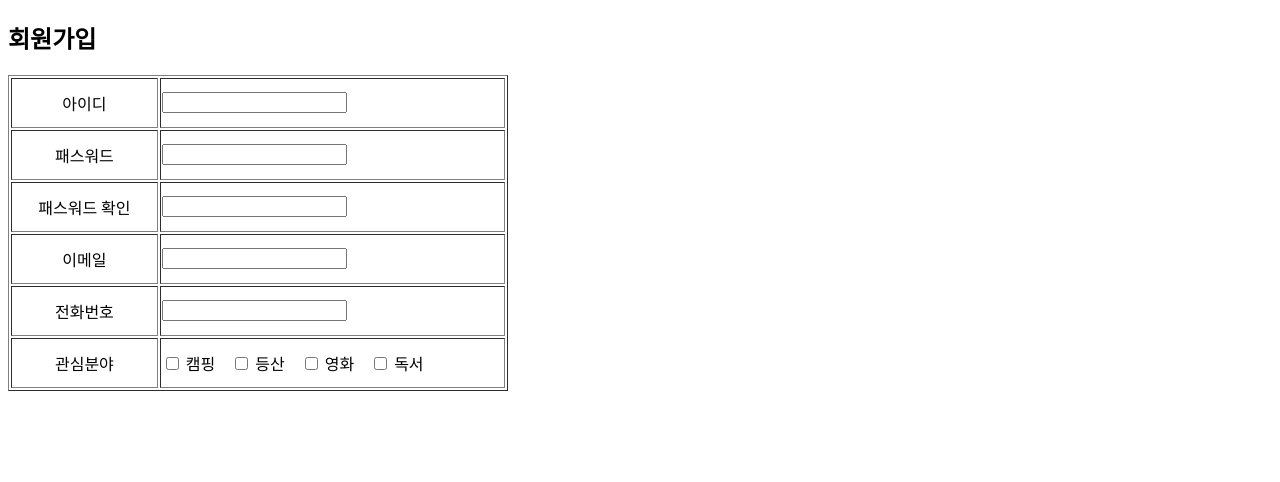
Repository: ohseung-web/OTjsp2026
Page: http://localhost/chapter/Request/RequestJoin.jsp
An editor plug-in stored every save of this project. The page is shown before and after the next save, followed by the edit.
The browser window is 1280 px wide. The pictures show the whole page.
The page is served by Tomcat 9.

Above is the page before, as saved 2026-10-18 01:22:55.

After the next save:
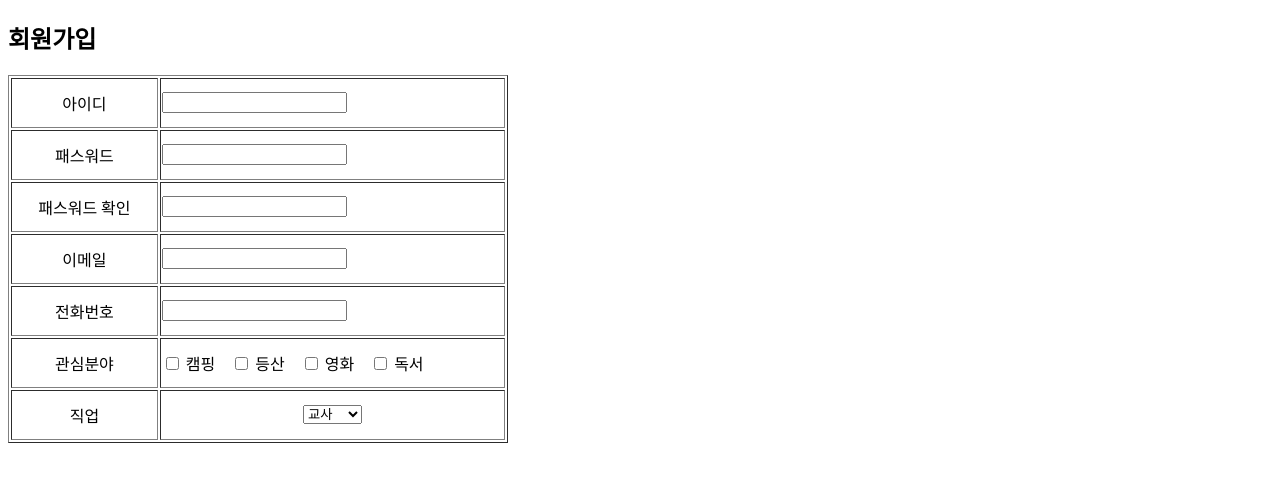
Saved 4 min 13 s later.
--- a/chapter/src/main/webapp/Request/RequestJoin.jsp
+++ b/chapter/src/main/webapp/Request/RequestJoin.jsp
@@ -53,7 +53,17 @@
 					<label for="book">독서</label> &nbsp;&nbsp;
 				</td>
 			</tr>
-
+			<tr height="50">
+				<td width="150" align="center">직업</td>
+				<td width="350" align="center">
+					<select name="job">
+						<option value="교사">교사
+						<option value="변호사">변호사
+						<option value="의사">의사
+						<option value="기술사">기술사
+					</select>
+				</td>
+			</tr>
 		</table>
 
 	</form>
